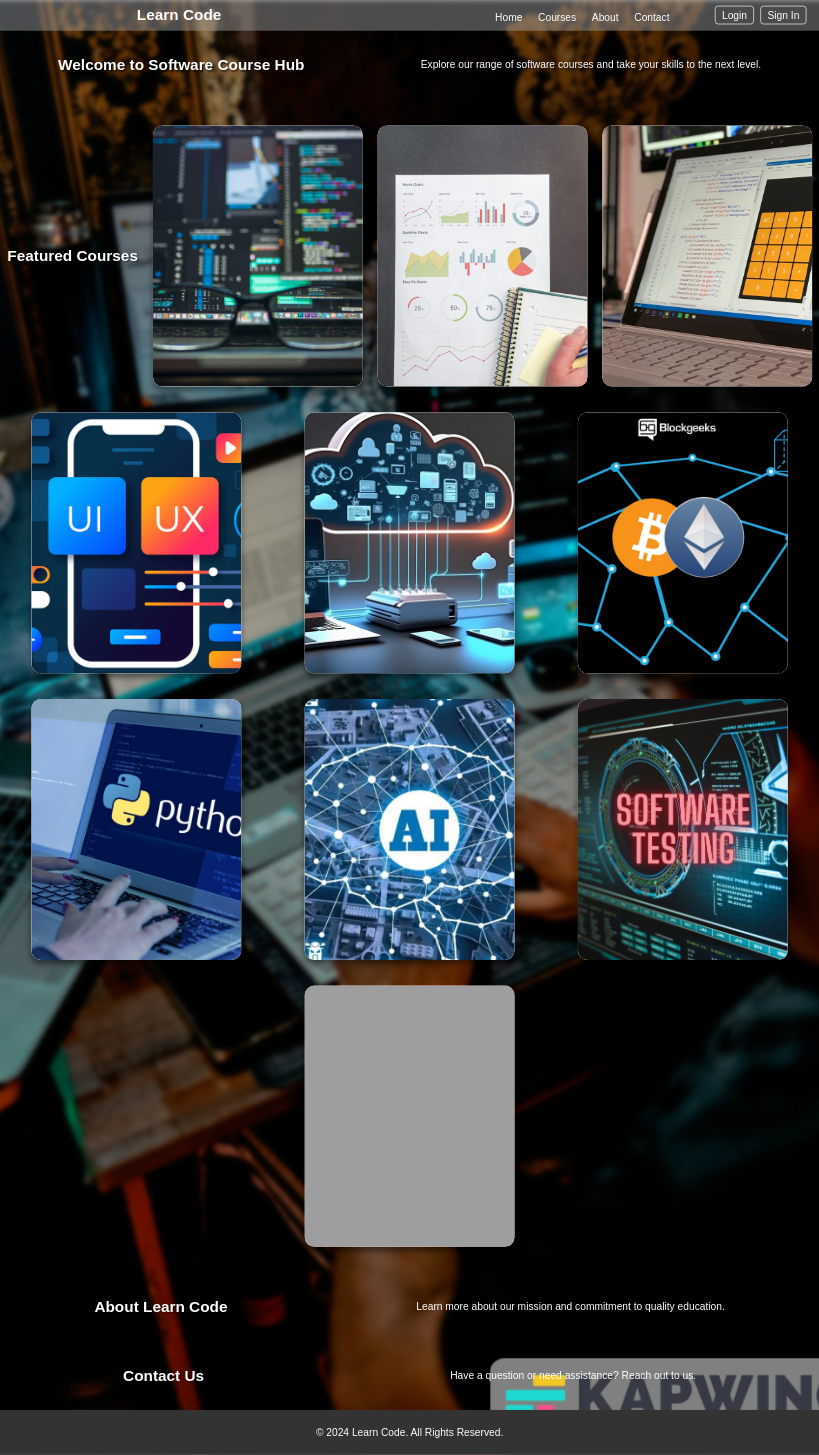
Repository: KabilanCoding/Course_Website
Page: Home.html
The author's editor kept a copy of each file at every save. The page is drawn from the files as they stood at one save, then again after the next save.
The browser window is 1280 px wide. The pictures show the whole page, at 64% of full size.
Pictures or frames that could not be fetched are drawn as grey boxes.

Above is the page before, as saved 2024-04-22 20:28:29.

### Home.html
<!DOCTYPE html>
<html lang="en">
<head>
<meta charset="UTF-8">
<meta name="viewport" content="width=device-width, initial-scale=1.0">
<title>Software Courses</title>
<style>
    /* Add the CSS styles for the card effect method here */

    body {
    font-family: Arial, sans-serif;
    margin: 0;
    padding: 0;
    background-image: url('3.jpeg');
    background-size: cover;
    background-position: center;
    color: white;
}

.container {
    display: flex;
    flex-wrap: wrap;
    justify-content: space-around;
    align-items: center;
}


header {
    background-color: rgba(171, 174, 177, 0.432);
    color: #fff;
    padding: 10px 0;
    text-align: center;
    position: relative;
}

header::after {
    content: "";
    display: block;
    clear: both;
}

header h1 {
    margin: 0;
    font-size: 24px;
    float: left;
}

nav {
    float: right;
    margin-top: 8px;
}

nav ul {
    list-style-type: none;
    padding: 0;
    margin: 0;
}

nav ul li {
    display: inline-block;
    margin-right: 20px;
}

nav ul li a {
    color: #fff;
    text-decoration: none;
}

.login {
    position: absolute;
    top: 50%;
    right: 20px;
    transform: translateY(-50%);
}

.login a {
    color: #fff;
    text-decoration: none;
    padding: 5px 10px;
    border: 1px solid #fff;
    border-radius: 5px;
}

.login a:hover {
    background-color: rgba(255, 255, 255, 0.2);
}

section {
    padding: 20px 0;
}

section h2 {
    text-align: center;
    text-shadow: 2px 2px 2px rgba(0, 0, 0, 0.5);
}

.card {
    width: 280px;
    height: 360px;
    border-radius: 15px;
    padding: 1.5rem;
    background: rgba(255, 255, 255, 0.8);
    position: relative;
    display: flex;
    flex-direction: column;
    justify-content: flex-end;
    transition: 0.4s ease-out;
    box-shadow: 0px 7px 10px rgba(0, 0, 0, 0.5);
    margin-bottom: 20px;
    overflow: hidden;
    margin-top: 20px;
}
.card:hover {
    transform: translateY(-10px);
    box-shadow: 0px 15px 20px rgba(0, 0, 0, 0.3);
}

.card img {
    width: 100%;
    height: 100%;
    object-fit: cover;
    position: absolute;
    top: 0;
    left: 0;
    border-radius: 15px;
}

.card .info {
    position: relative;
    z-index: 3;
    color: white;
    opacity: 0;
    transform: translateY(30px);
    transition: 0.5s;
}

.card:hover .info {
    opacity: 1;
    transform: translateY(0);
}

.card .info h1 {
    margin: 0;
}

.card .info p {
    margin-top: 8px;
}

.card .info button {
    padding: 8px 16px;
    background-color: #007bff;
    color: white;
    border: none;
    border-radius: 5px;
    cursor: pointer;
    transition: background-color 0.3s;
}

.card .info button:hover {
    background-color: #0056b3;
}

footer {
    background-color: #333;
    color: #fff;
    text-align: center;
    padding: 10px 0;
}
</style>
</head>
<body>
<header>
    <div class="container">
        <h1><strong>Learn Code</strong></h1>
        <div class="login">
            <a href="Login.html">Login</a><span style="margin-right: 10px;"></span><a href="Sign-in.html">Sign In</a>
        </div>
        <nav>
            <ul>
                <li><a href="#home">Home</a></li>
                <li><a href="#courses">Courses</a></li>
                <li><a href="#about">About</a></li>
                <li><a href="#contact">Contact</a></li>
            </ul>
        </nav>
    </div>
</header>
<section id="home">
    <div class="container">
        <h2>Welcome to Software Course Hub</h2>
        <p style="text-shadow: 2px 2px 2px rgba(0, 0, 0, 0.5);">Explore our range of software courses and take your skills to the next level.</p>
    </div>
</section>
<section id="courses">
    <div class="container">
        <h2>Featured Courses</h2>
        <div class="card">
            <img src="4.jpg" alt="Course Image">
            <div class="info">
                <h1>Web Development</h1>
                <p>Learn front-end and back-end web development.</p>
                <button>Explore Course</button>
            </div>
        </div>
        <div class="card">
            <img src="5.jpg" alt="Course Image">
            <div class="info">
                <h1>Data Science</h1>
                <p>Master data analysis and machine learning.</p>
                <button>Explore Course</button>
            </div>
        </div>
        <div class="card">
            <img src="6.jpg" alt="Course Image">
            <div class="info">
                <h1>Mobile App Development</h1>
                <p>Build iOS and Android apps with React Native.</p>
                <button>Explore Course</button>
            </div>
        </div>
        <!-- New Cards -->
        <div class="card">
            <img src="7.png" alt="Course Image">
            <div class="info">
                <h1>UI/UX Design</h1>
                <p>Learn the principles of user interface and user experience design.</p>
                <button>Explore Course</button>
            </div>
        </div>
        <div class="card">
            <img src="8.jpeg" alt="Course Image">
            <div class="info">
                <h1>Cloud Computing</h1>
                <p>Explore cloud technologies and services.</p>
                <button>Explore Course</button>
            </div>
        </div>
        <div class="card">
            <img src="9.png" alt="Course Image">
            <div class="info">
                <h1>Blockchain Development</h1>
                <p>Learn blockchain principles and develop decentralized applications.</p>
                <button>Explore Course</button>
            </div>
        </div>
        <div class="card">
            <img src="10.jpg" alt="Course Image">
            <div class="info">
                <h1>Python Programming</h1>
                <p>Learn Python programming language from basics to advanced.</p>
                <button>Explore Course</button>
            </div>
        </div>
        <div class="card">
            <img src="11.jpg" alt="Course Image">
            <div class="info">
                <h1>Artificial Intelligence</h1>
                <p>Explore AI concepts and machine learning algorithms.</p>
                <button>Explore Course</button>
            </div>
        </div>
        <div class="card">
            <img src="12.png" alt="Course Image">
            <div class="info">
                <h1>Software Testing</h1>
                <p>Master the art of software testing and quality assurance.</p>
                <button>Explore Course</button>
            </div>
        </div>
        <div class="card">
            <img src="13.png" alt="Course Image">
            <div class="info">
                <h1>Java Programming</h1>
                <p>Learn Java programming language and its applications.</p>
                <button>Explore Course</button>
            </div>
        </div>

    </div><!-- Course Cards -->

</section>
<section id="about">
    <div class="container">
        <h2>About Learn Code</h2>
        <p>Learn more about our mission and commitment to quality education.</p>
    </div>
</section>
<section id="contact">
    <div class="container">
        <h2>Contact Us</h2>
        <p>Have a question or need assistance? Reach out to us.</p>
    </div>
</section>
<footer>
    <div class="container">
        <p>&copy; 2024 Learn Code. All Rights Reserved.</p>
    </div>
</footer>
</body>
</html>

After the next save:
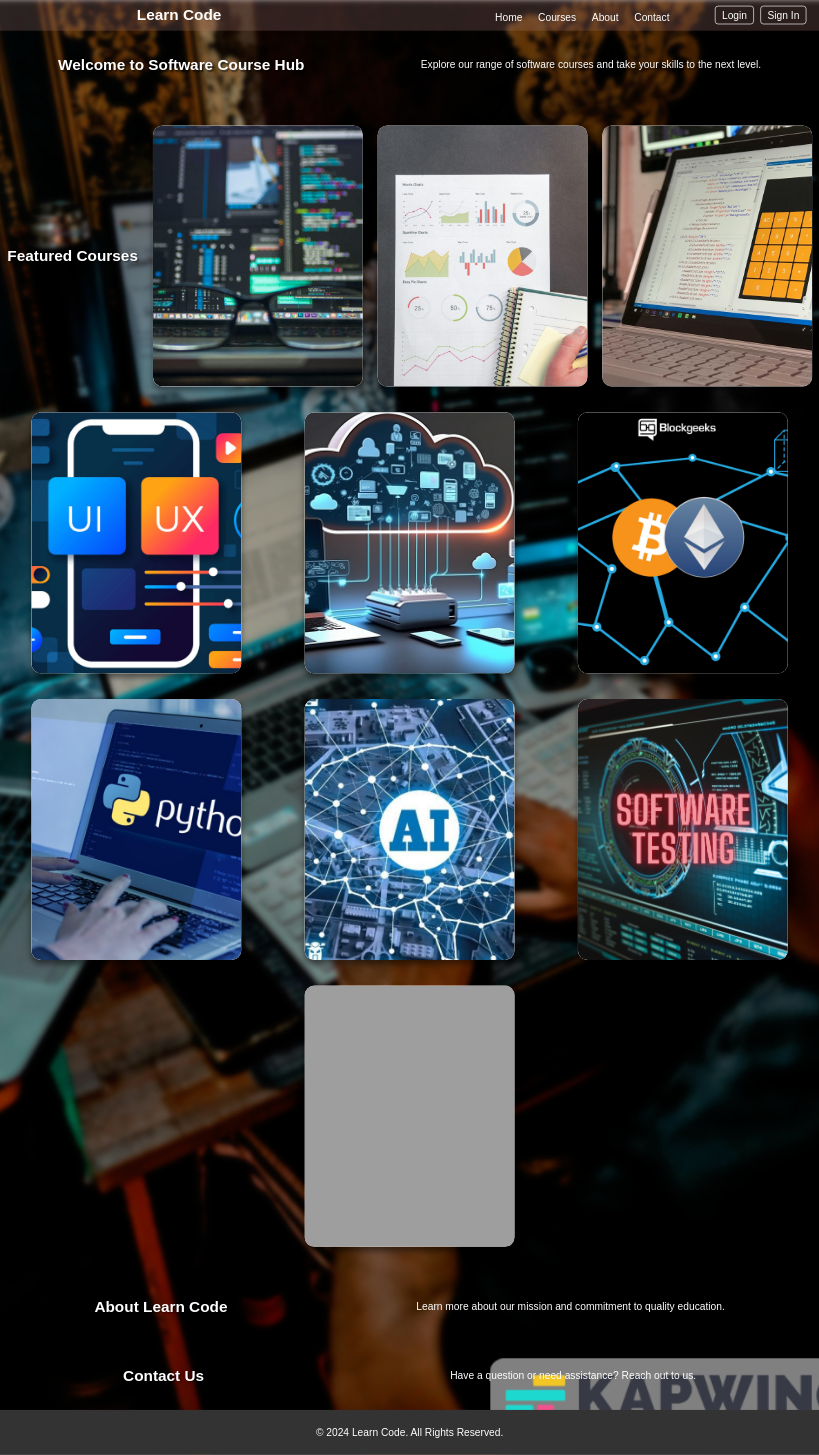
Saved 28 min 32 s later.
--- a/Home.html
+++ b/Home.html
@@ -26,8 +26,8 @@
 
 
 header {
-    background-color: rgba(171, 174, 177, 0.432);
-    color: #fff;
+    background-color: rgba(161, 118, 112, 0.267);
+    color: #ffffff;
     padding: 10px 0;
     text-align: center;
     position: relative;
@@ -62,7 +62,7 @@ nav ul li {
 }
 
 nav ul li a {
-    color: #fff;
+    color: #ffffff;
     text-decoration: none;
 }
 
